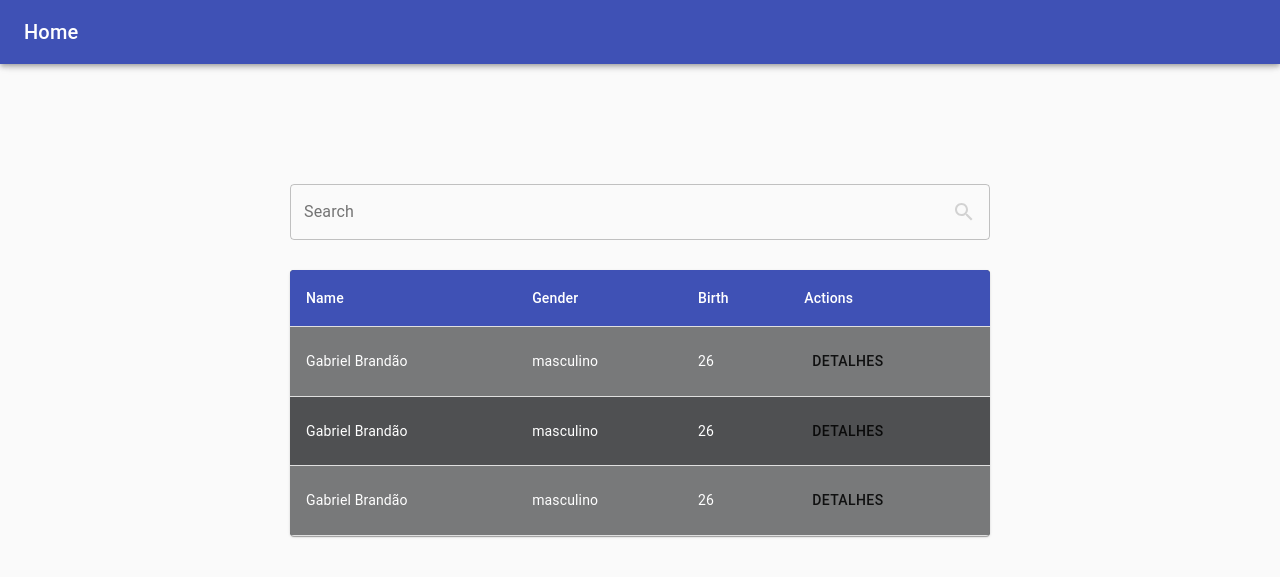
Repository: GabrielBrandaoProjetos/patient-manager
Page: /
The author's editor kept a copy of each file at every save. The page is drawn from the files as they stood at one save, then again after the next save.
The browser window is 1280 px wide. The pictures show the whole page.
The project was rebuilt for these pictures with package versions that can differ from the ones it lists, and the page was loaded fresh each time.

Above is the page before, as saved 2021-09-14 14:17:52.

After the next save:
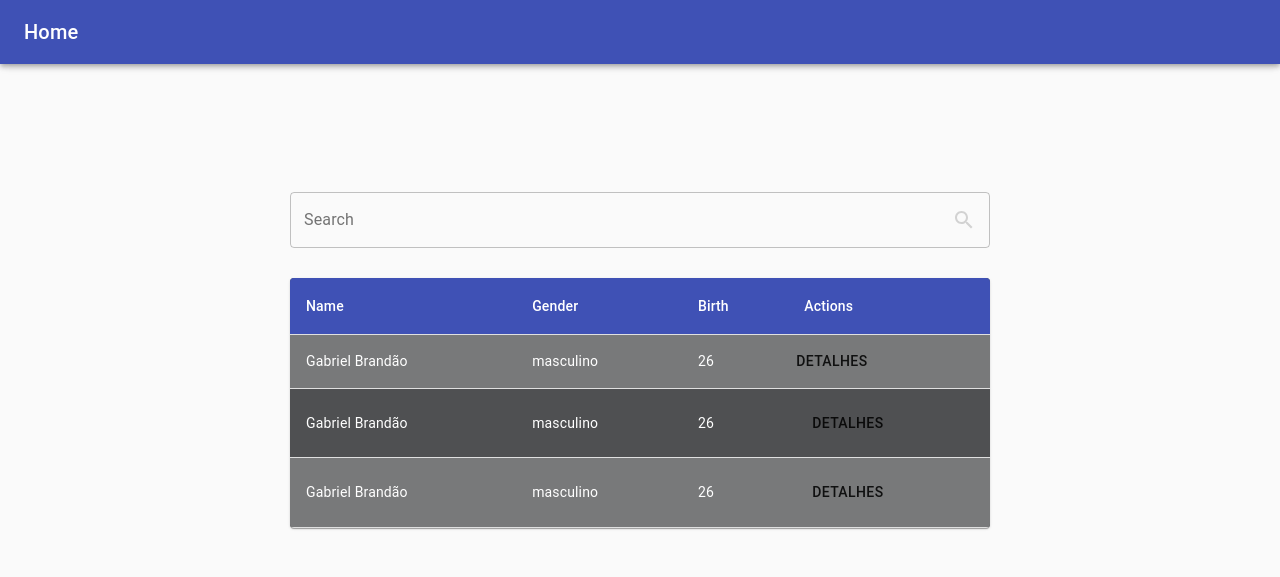
Saved 2 min 18 s later.
--- a/src/pages/Home/Home.tsx
+++ b/src/pages/Home/Home.tsx
@@ -49,6 +49,9 @@ const useStyles = makeStyles((theme: Theme) =>
       color: "white",
       //borderRight: "1px solid #928f8f"
     },
+    actions: {
+      padding: 0
+    },
   }),
 );
 
@@ -97,7 +100,7 @@ export const Home = () => {
               <TableCell component="th" className={classes.cell}>Gabriel Brandão</TableCell>
               <TableCell className={classes.cell}>masculino</TableCell>
               <TableCell className={classes.cell}>26</TableCell>
-              <TableCell className={classes.cell}>
+              <TableCell className={classes.actions}>
                 <Button>Detalhes</Button>
               </TableCell>
             </TableRow>
